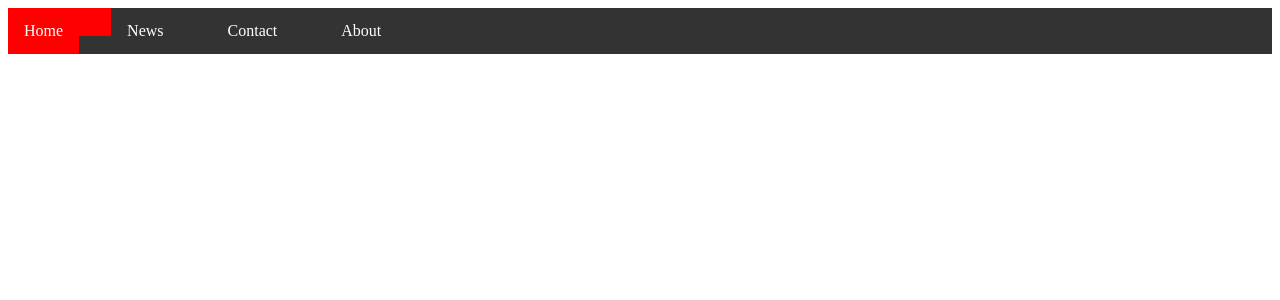
Repository: Yogi-Choudhary/Registration_From
Page: http://localhost/JavaWebApplication/
An editor plug-in stored every save of this project. The page is shown before and after the next save, followed by the edit.
The browser window is 1280 px wide. The pictures show the whole page.
The page is served by Tomcat 9.

Above is the page before, as saved 2019-09-25 10:59:13.

After the next save:
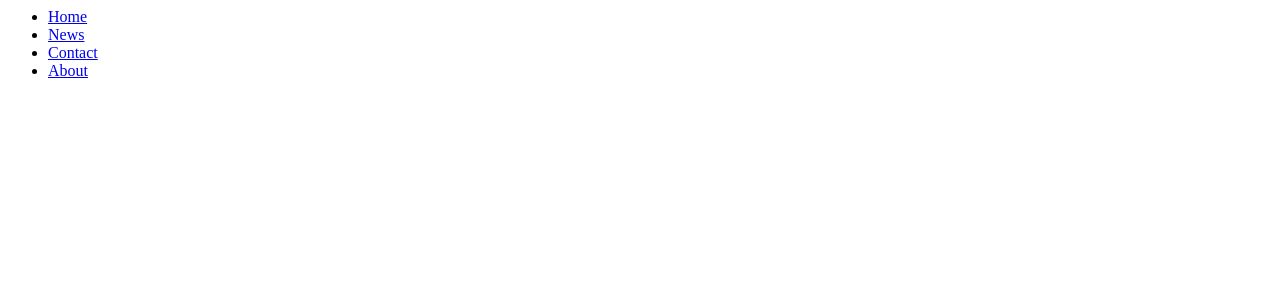
Saved 5 min 25 s later.
--- a/JavaWebApplication/src/main/webapp/index.jsp
+++ b/JavaWebApplication/src/main/webapp/index.jsp
@@ -2,36 +2,6 @@
   <head>
     <title>Java Web Application</title>
   </head>
-  <style>
-    ul{
-      list-style-type: none;
-      margin:0;
-      padding:0;
-      overflow:hidden;
-      background-color:#333;
-    }
-
-    li{
-      float: left;
-    }
-
-    li a{
-      display: inline-block;
-      color:white;
-      text-align: center;
-      padding: 14px 16px;
-      text-decoration: none;
-
-    }
-
-    li a:hover{
-      background-color: #111;
-    }
-
-    .active{
-      background-color: red;
-    }
-  </style>
 
   <body>
 

After the save that followed:
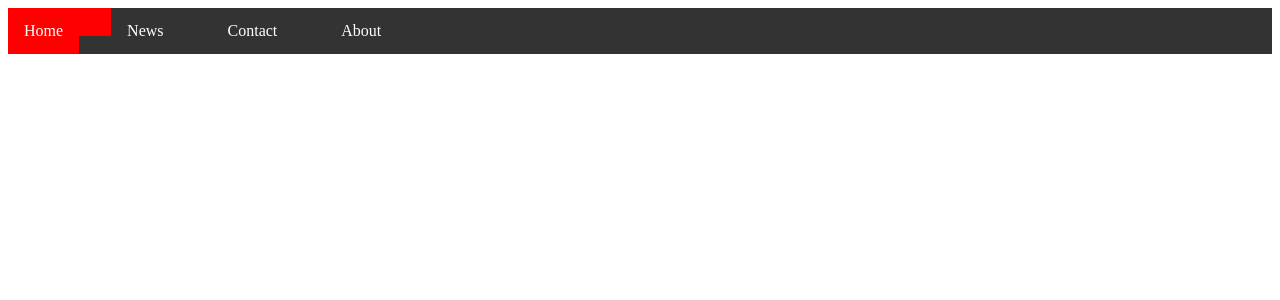
Saved 78 s later.
--- a/JavaWebApplication/src/main/webapp/index.jsp
+++ b/JavaWebApplication/src/main/webapp/index.jsp
@@ -2,7 +2,7 @@
   <head>
     <title>Java Web Application</title>
   </head>
-
+  <link rel="stylesheet" type="text/css" href="css/style.css">
   <body>
 
     <ul>
